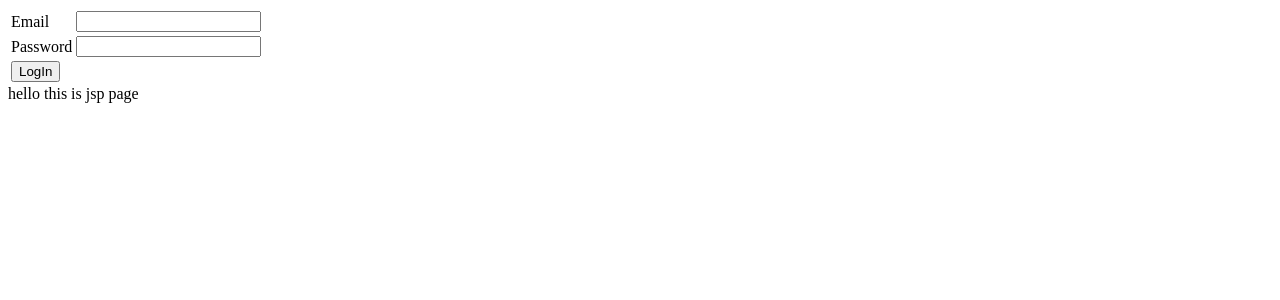
Repository: anshuman161/myprograms
Page: http://localhost/springbootloginview/registrationpage.jsp
These files come from the project's save history. The page is drawn as it stood at one moment and after the next save; the edit follows.
The browser window is 1280 px wide. The pictures show the whole page.
The page is served by Tomcat 9. Other server files are loaded and not shown.

Above is the page before, as saved 2019-09-07 05:56:26.

### anshuman-sts/springbootloginview/src/main/webapp/registrationpage.jsp
<%@ page language="java" contentType="text/html; charset=UTF-8"
    pageEncoding="UTF-8"%>
<!DOCTYPE html>
<html>
<head>
<meta charset="UTF-8">
<title>Insert title here</title>
</head>
<body>
    <form action="goforlogin" method="post">
    <table>
    <tr><td>Email</td><td><input type="email" name="email"></td></tr>
    <tr><td>Password</td><td><input type="password" name="password"></td></tr>
    <tr><td><input type="submit" value="LogIn"></td></tr>
    </table>
    </form>
    hello this is jsp page
</body>
</html>

After the next save:
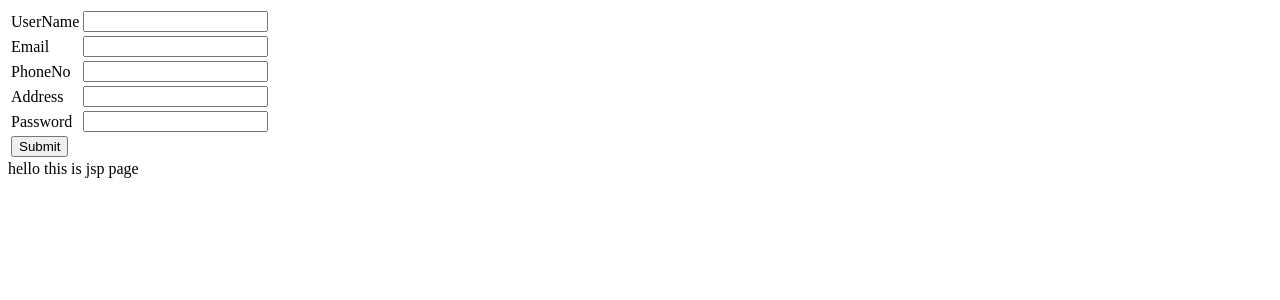
Saved 3 min 8 s later.
--- a/anshuman-sts/springbootloginview/src/main/webapp/registrationpage.jsp
+++ b/anshuman-sts/springbootloginview/src/main/webapp/registrationpage.jsp
@@ -7,11 +7,14 @@
 <title>Insert title here</title>
 </head>
 <body>
-    <form action="goforlogin" method="post">
+    <form action="goregistration" method="post">
     <table>
+    <tr><td>UserName</td><td><input type="text" name="username"></td></tr>
     <tr><td>Email</td><td><input type="email" name="email"></td></tr>
+    <tr><td>PhoneNo</td><td><input type="number" name="phoneno"></td></tr>
+    <tr><td>Address</td><td><input type="text" name="address"></td></tr>
     <tr><td>Password</td><td><input type="password" name="password"></td></tr>
-    <tr><td><input type="submit" value="LogIn"></td></tr>
+    <tr><td><input type="submit" value="Submit"></td></tr>
     </table>
     </form>
     hello this is jsp page
